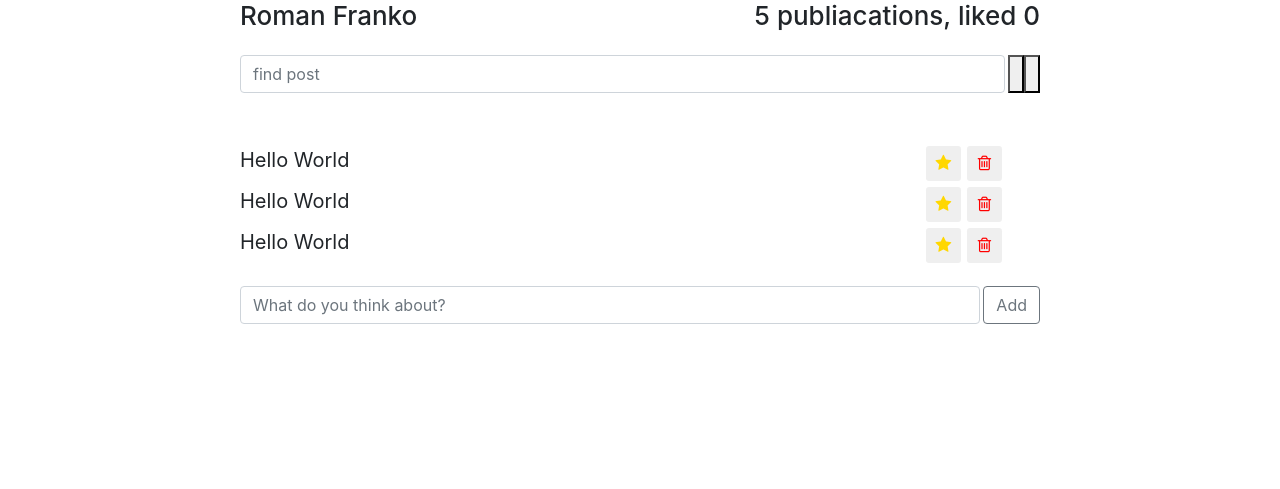
Repository: RomanFPL/Like-twiter
Page: /
These files come from the project's save history. The page is drawn as it stood at one moment and after the next save; the edit follows.
The browser window is 1280 px wide. The pictures show the whole page.
The project was rebuilt for these pictures with package versions that can differ from the ones it lists, and the page was loaded fresh each time.

Above is the page before, as saved 2021-03-22 23:35:09.

After the next save:
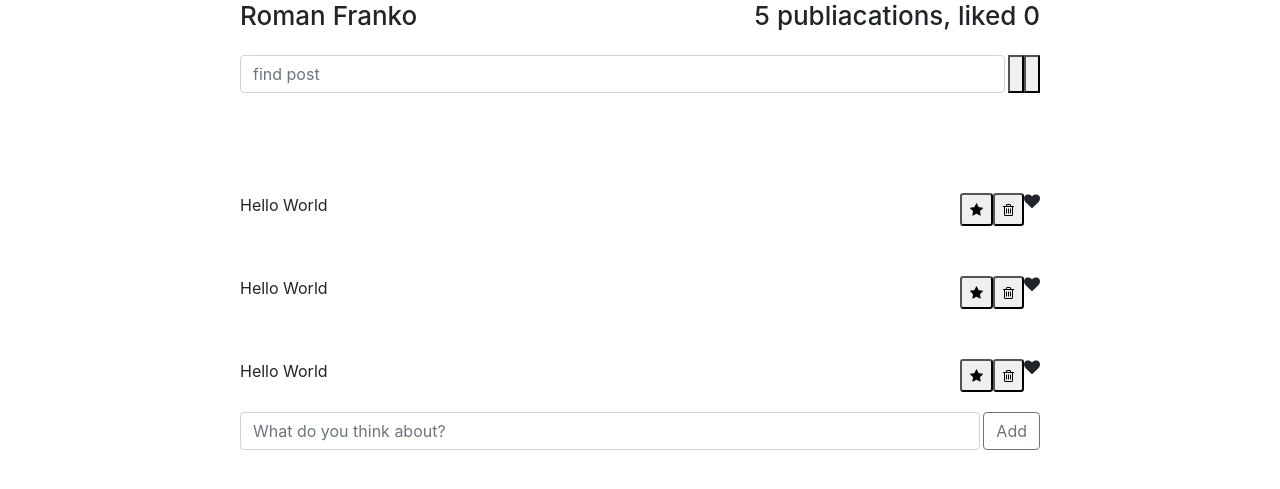
Saved 26 s later.
--- a/src/components/post-list-item/post-list-item.js
+++ b/src/components/post-list-item/post-list-item.js
@@ -1,19 +1,19 @@
+import React from 'react';
 
-import React from 'react';
 
 import './post-list-item.css';
 
 const PostListItem = () => {
     return (
-        <li className="app-list-item d-flex justify-content-between">
-            <span className="app-list-item-label">
+        <li className="app-list d-flex justify-content-between">
+            <span className="app-list-label">
                 Hello World
             </span>
-            <div className="d-flex justify-content-center align-items-center">
-                <button className="btn-star btn-sm">
+            <div className="d-flex justify-content-center alight-items-center">
+                <button tupe="button" className="btn-star btn-sm">
                     <i className="fa fa-star"></i>
                 </button>
-                <button className="btn-trash btn-sm">
+                <button tupe="button" className="btn-trash btn-sm">
                     <i className="fa fa-trash-o"></i>
                 </button>
                 <i className="fa fa-heart"></i>

After the save that followed:
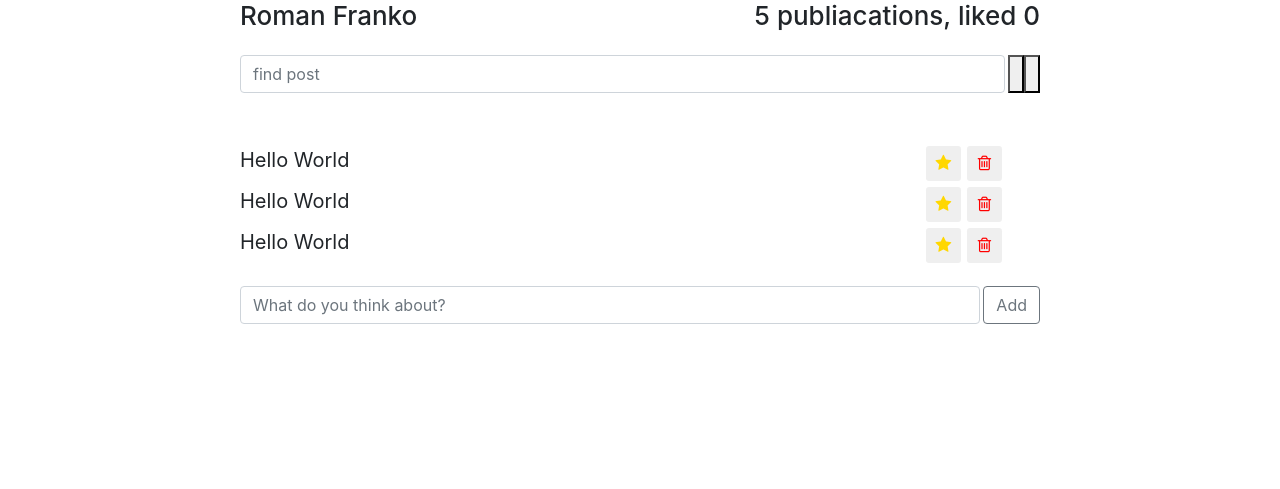
Saved 25 s later.
--- a/src/components/post-list-item/post-list-item.js
+++ b/src/components/post-list-item/post-list-item.js
@@ -1,19 +1,18 @@
 import React from 'react';
-
 
 import './post-list-item.css';
 
 const PostListItem = () => {
     return (
-        <li className="app-list d-flex justify-content-between">
-            <span className="app-list-label">
+        <li className="app-list-item d-flex justify-content-between">
+            <span className="app-list-item-label">
                 Hello World
             </span>
-            <div className="d-flex justify-content-center alight-items-center">
-                <button tupe="button" className="btn-star btn-sm">
+            <div className="d-flex justify-content-center align-items-center">
+                <button className="btn-star btn-sm">
                     <i className="fa fa-star"></i>
                 </button>
-                <button tupe="button" className="btn-trash btn-sm">
+                <button className="btn-trash btn-sm">
                     <i className="fa fa-trash-o"></i>
                 </button>
                 <i className="fa fa-heart"></i>
